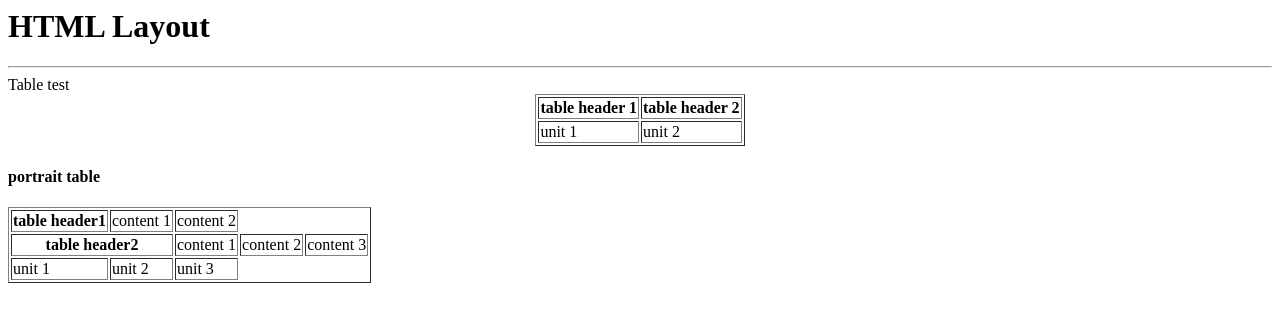
Repository: libelosophy/anjoyo
Page: workspace/QTalk/WebContent/html/table.html
The author's editor kept a copy of each file at every save. The page is drawn from the files as they stood at one save, then again after the next save.
The browser window is 1280 px wide. The pictures show the whole page.

Above is the page before, as saved 2013-09-09 11:30:30.

### workspace/QTalk/WebContent/html/table.html
<html>
<head>
<title>HTML Layout</title>
<meta name="author" content="jh">

</head>

<h1> HTML Layout </h1>
<body>
<hr />


	<table border="1" align="center"> Table test
		<tr>
			<th>table header 1</th>
			<th>table header 2</th>
		</tr>
		<tr>
			<td>unit 1</td>
			<td>unit 2</td>
		</tr>
	</table>

	<h4> portrait table </h4>
	<table border="1">
		<tr>
			<th> table header1</th>
			<td> content 1</td>
			<td> content 2</td>
		</tr>

		<tr>
			<th colspan="2"> table header2</th>
			<td> content 1</td>
			<td> content 2</td>
			<td> content 3</td>
		</tr>
		<tr>
			<td> unit 1 </td>
			<td> unit 2 </td>
			<td> unit 3 </td>
		</tr>

	</table>


</body>
</html>

After the next save:
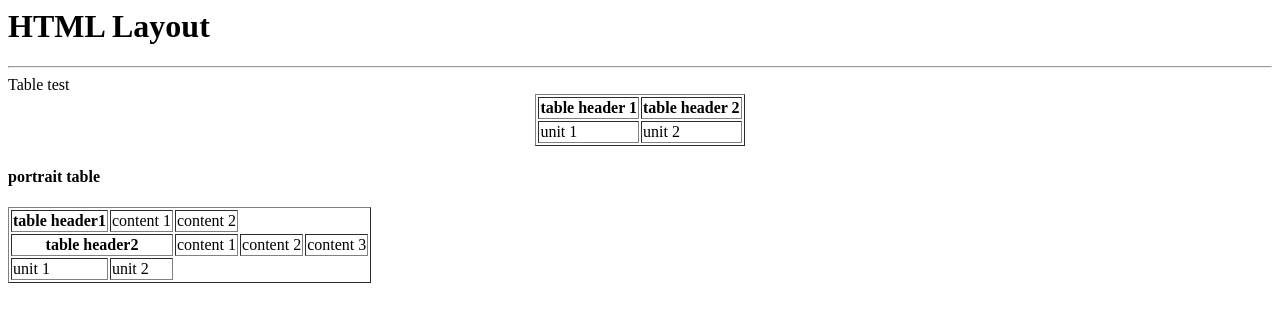
Saved 54 s later.
--- a/workspace/QTalk/WebContent/html/table.html
+++ b/workspace/QTalk/WebContent/html/table.html
@@ -38,7 +38,6 @@
 		<tr>
 			<td> unit 1 </td>
 			<td> unit 2 </td>
-			<td> unit 3 </td>
 		</tr>
 
 	</table>
